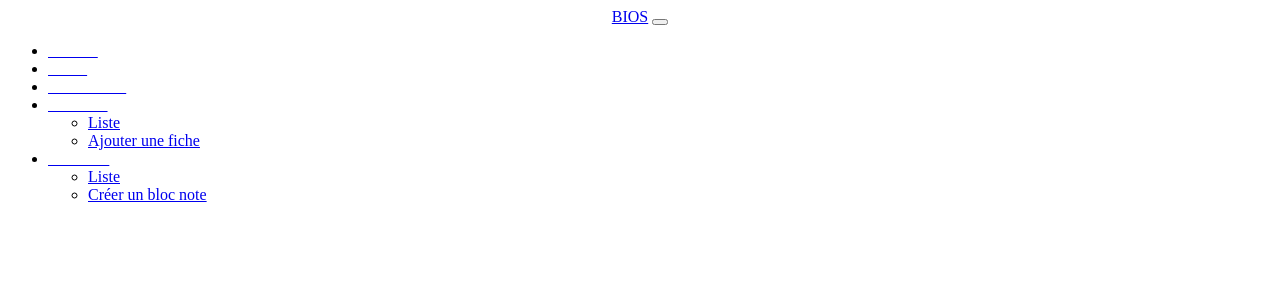
Repository: DSkillz/ABCDepanPC_Interventions
Page: menu.html
These files come from the project's save history. The page is drawn as it stood at one moment and after the next save; the edit follows.
The browser window is 1280 px wide. The pictures show the whole page.

Above is the page before, as saved 2022-04-29 21:14:54.

After the next save:
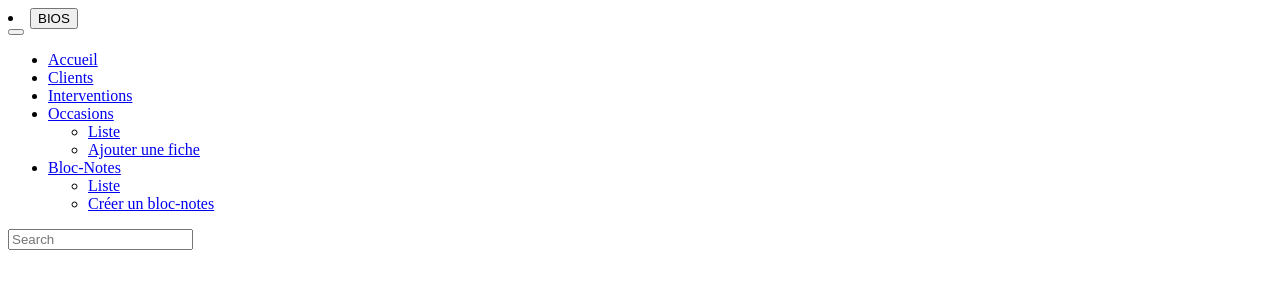
Saved 4 h 8 min later.
--- a/menu.html
+++ b/menu.html
@@ -1,34 +1,40 @@
-	<div class="navbar navbar-inverse navbar-fixed-top headroom" >
-		<div class="container">
-			<div class="navbar-header" align="center">
-				<a href="#" class="myButton">BIOS</a>
-				<!-- Button for smallest screens -->
-				<button type="button" class="navbar-toggle" data-toggle="collapse" data-target=".navbar-collapse"><span class="icon-bar"></span> <span class="icon-bar"></span> <span class="icon-bar"></span> </button>
-				<a class="navbar-brand" href="index.html"><!--<img src="assets/images/logo.png" alt="Progressus HTML5 template">--></a>
-			</div>
-
-
-			<div class="navbar-collapse collapse">
-				<ul class="nav navbar-nav pull-right">
-					<li><a href="intervention.php"><font color="#FFFFFF">Accueil</font></a></li>
-					<li><a href="client.php"><font color="#FFFFFF">Client</font></a></li>
-                    <li><a href="intervention_liste.php"><font color="#FFFFFF">Intervention</font></a></li>
-					<li class="dropdown">
-						<a href="#" class="dropdown-toggle" data-toggle="dropdown"><font color="#FFFFFF">Occasion</font><b class="caret"></b></a>
-						<ul class="dropdown-menu">
-							<li class="active"><a href="occasion_liste.php">Liste</a></li>
-							<li><a href="occasion.php">Ajouter une fiche</a></li>
-						</ul>
-					</li>
-                    <li class="dropdown">
-						<a href="#" class="dropdown-toggle" data-toggle="dropdown"><font color="#FFFFFF">BlocNote</font><b class="caret"></b></a>
-						<ul class="dropdown-menu">
-							<li class="active"><a href="blocnote_liste.php">Liste</a></li>
-							<li><a href="blocnote.php">Créer un bloc note</a></li>
-						</ul>
-					</li>
-				</ul>
-			</div><!--/.nav-collapse -->
-
-		</div>
-	</div>
+<nav class="navbar navbar-expand-md navbar-dark bg-dark bg-gradient headroom animated">
+    <div class="container-fluid justify-content-center">
+        <li class="col justify-content-center">
+            <button type="button" class="myButton btn btn-secondary">BIOS</button>
+        </li>
+        <button class="navbar-toggler" type="button" data-bs-toggle="collapse" data-bs-target="#navbarTogglerDemo02" aria-controls="navbarTogglerDemo02" aria-expanded="false" aria-label="Toggle navigation">
+            <span class="navbar-toggler-icon"></span>
+        </button>
+        <div class="col collapse navbar-collapse justify-content-sm-center" id="navbarTogglerDemo02">
+            <ul class="navbar-nav d-flex align-items-center">
+                <li class="nav-item">
+                    <a class="nav-link active" aria-current="page" href="#">Accueil</a>
+                </li>
+                <li class="nav-item">
+                    <a class="nav-link" href="clients.php">Clients</a>
+                </li>
+                <li class="nav-item">
+                    <a class="nav-link" href="intervention_liste.php" tabindex="-1">Interventions</a>
+                </li>
+                <li class="dropdown">
+                    <a class="nav-link dropdown-toggle" data-hover="dropdown" data-delay="1000" href="#" role="button" data-bs-toggle="dropdown" aria-expanded="false">Occasions </a>
+                    <ul class="dropdown-menu dropdown-menu-dark" aria-labelledby="navbarDropdown">
+                        <li><a class="dropdown-item" href="occasion_liste.php" target="_blank">Liste</a></li>
+                        <li><a class="dropdown-item" href="occasion.php">Ajouter une fiche</a></li>
+                    </ul>
+                </li>
+                <li class="nav-item dropdown">
+                    <a class="nav-link dropdown-toggle" href="#" role="button" data-bs-toggle="dropdown" aria-expanded="false">Bloc-Notes</a>
+                    <ul class="dropdown-menu dropdown-menu-dark">
+                        <li><a class="dropdown-item" href="blocnote_liste.php" target="_blank">Liste</a></li>
+                        <li><a class="dropdown-item" href="blocnote.php">Créer un bloc-notes</a></li>
+                    </ul>
+                </li>
+            </ul>
+            <form class="col-md-4 d-flex">
+                <input class="form-control me-1" type="search" placeholder="Search" aria-label="Search">
+            </form>
+        </div>
+    </div>
+</nav>
